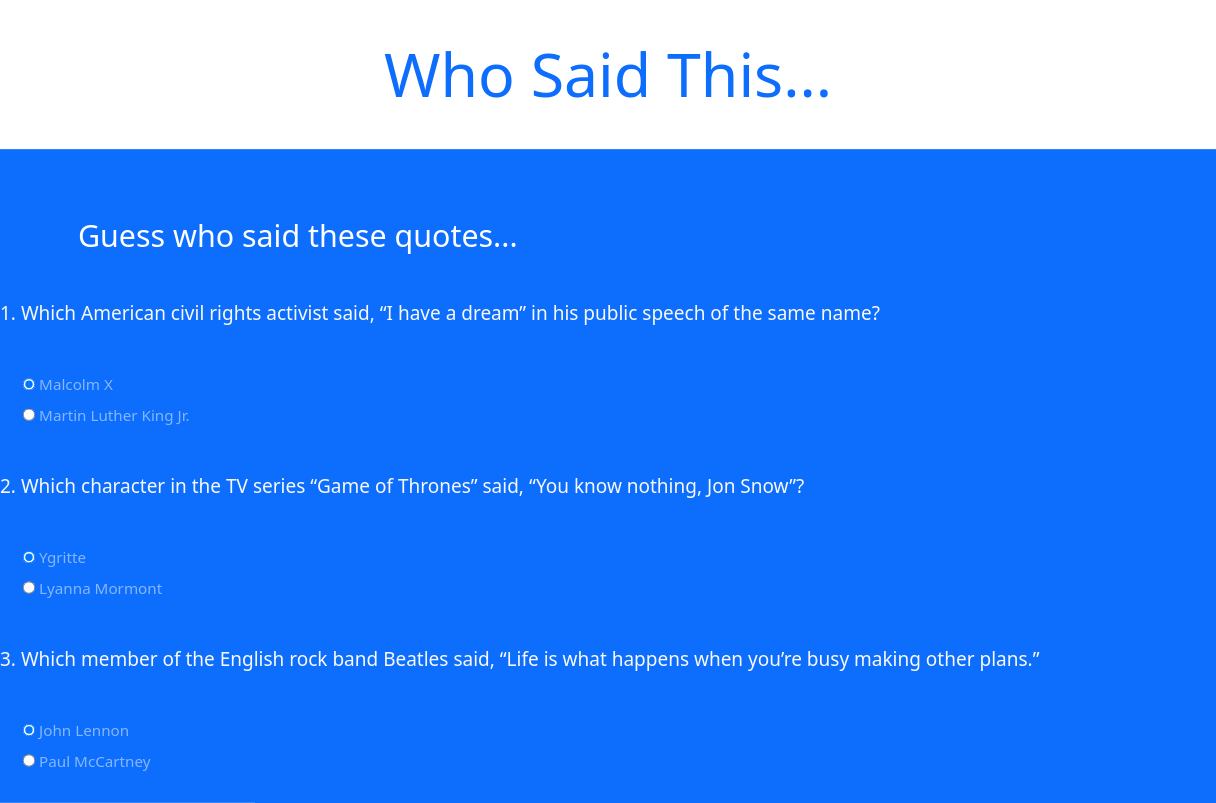
Repository: julihocc/netninja-quiz
Page: index.html
An editor plug-in stored every save of this project. The page is shown before and after a run of saves, followed by the edit.
The browser window is 1280 px wide. The pictures show the whole page, at 95% of full size.

Above is the page before, as saved 2022-09-27 19:23:19.

After the next 2 saves:
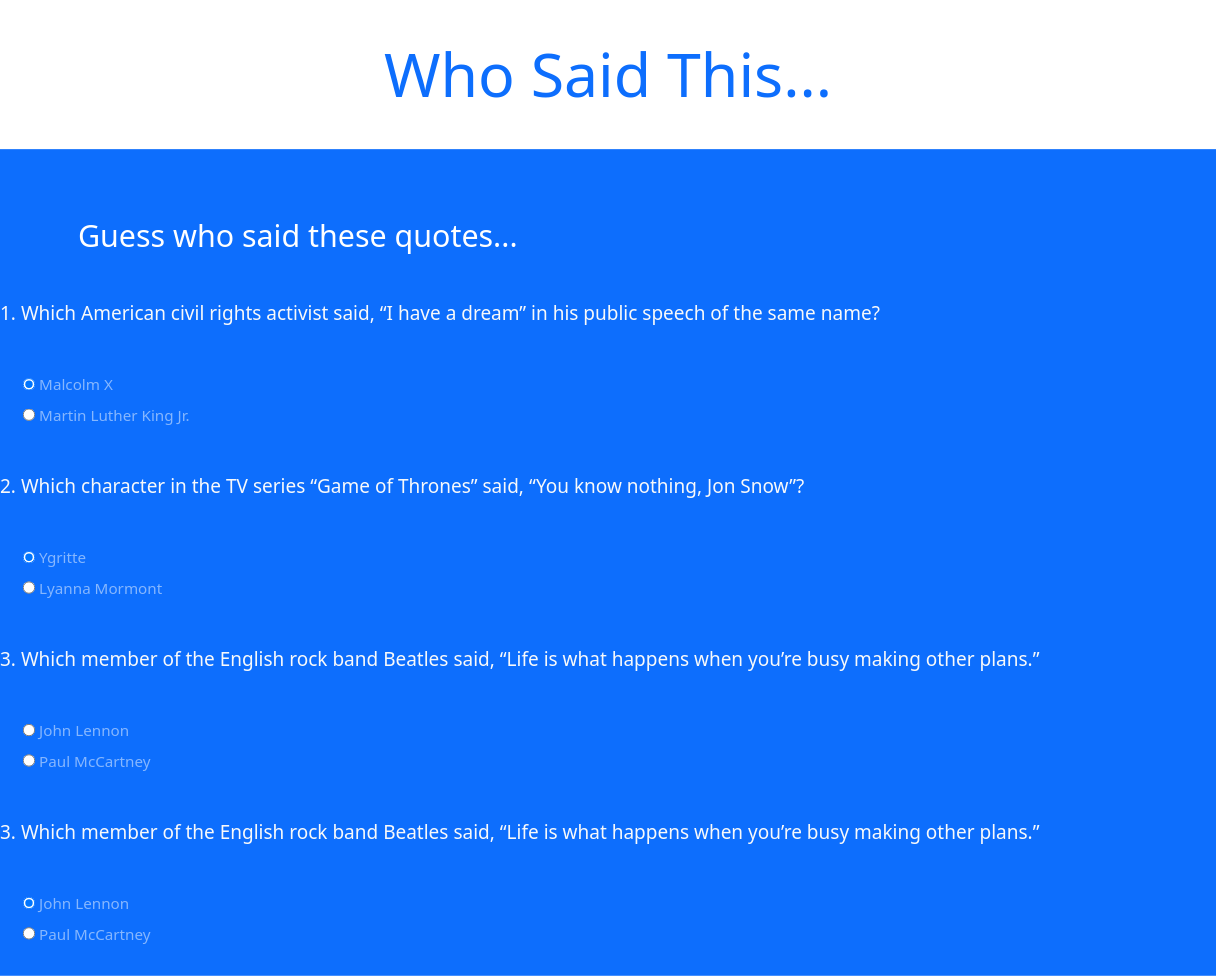
The 2 saves are shown as one change because they came seconds apart.
The last was saved 14 s later.
--- a/index.html
+++ b/index.html
@@ -73,6 +73,19 @@
             <div class="form-check my-2 text-white-50">
                 <input type="radio" name="q3" value="B"> <label class="form-check-label">  Paul McCartney</label>
             </div>
+
+            <!-- question #4 -->
+            <div class="my-5">
+                <p class="lead font-weight-normal"> 3. Which member of the English rock band Beatles said, “Life
+                    is what happens when you’re busy making other plans.”
+                </p>
+            </div>
+            <div class="form-check my-2 text-white-50">
+                <input type="radio" name="q3" value="A" checked> <label class="form-check-label">  John Lennon</label>
+            </div>
+            <div class="form-check my-2 text-white-50">
+                <input type="radio" name="q3" value="B"> <label class="form-check-label">  Paul McCartney</label>
+            </div>
         </form>
 
     </div>
